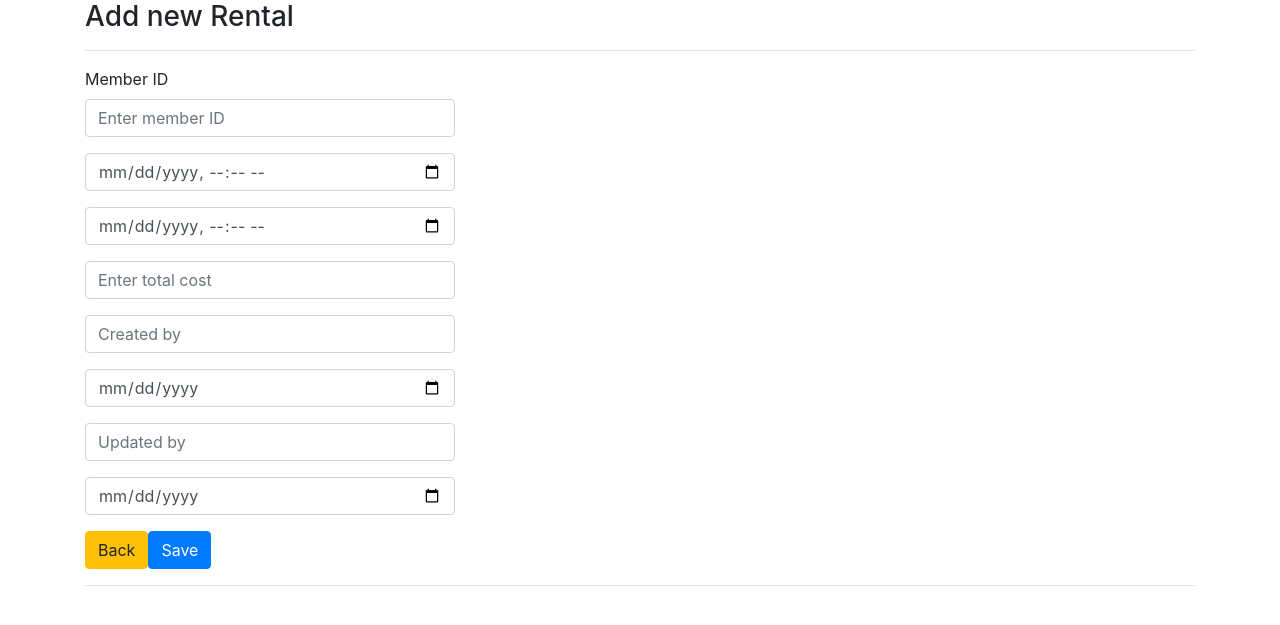
Repository: messimacky/Movie-Rental-System-Front-End
Page: /add-rental
An editor plug-in stored every save of this project. The page is shown before and after the next save, followed by the edit.
The browser window is 1280 px wide. The pictures show the whole page.
The project was rebuilt for these pictures with package versions that can differ from the ones it lists, and the page was loaded fresh each time. Also part of the build but not shown: src/services/movie.service.js, src/components/AddMovie.js, src/components/MoviesList.js, src/components/NotFound.js, src/components/login/Login.js, src/services/customer.service.js, src/components/AddCustomer.js, src/components/CustomerList.js and 4 more.

Above is the page before, as saved 2022-04-21 15:13:18.

### src/App.js
import { BrowserRouter as Router, Switch, Route } from 'react-router-dom';
import AddMovie from './components/AddMovie';
import MoviesList from "./components/MoviesList";
import NotFound from "./components/NotFound";
import Login from './components/login/Login';
import AddCustomer from './components/AddCustomer'
import CustomersList from './components/CustomerList';
import RentalsList from './components/RentalsList';
import AddRental from './components/AddRental';
import Home from './components/Home';
import Signup from './components/signup/Signup';
function App() {
  return (
    <Router>
      <div>
        <Switch>

          <Route exact path="/" component={Home} />
          <Route exact path="/movies" component={MoviesList} />
          <Route path="/add-movie" component={AddMovie} />
          <Route path="/movies/edit/:id" component={AddMovie} />




          <Route exact path="/customers" component={CustomersList} />
          <Route path="/add-customer" component={AddCustomer} />
          <Route path="/customers/edit/:id" component={AddCustomer} />



          <Route path="/login" component={Login} />
          <Route path="/signup" component={Signup} />


          <Route exact path="/rentals" component={RentalsList} />
          <Route exact path="/add-rental" component={AddRental} />
          <Route path="/rentals/edit/:id" component={AddRental} />


          <Route path="*" component={NotFound} />
        </Switch>
      </div>
    </Router>
  )
}

export default App;

### src/components/AddRental.js
import { useEffect, useState } from "react";
import { useParams } from "react-router-dom";
import { Link } from "react-router-dom";
import { useHistory } from "react-router-dom";
import rentalService from "../services/rental.service";


const AddRental = () => {

    // const [id, setId] = useState('');
    const [member_id, setMemberID] = useState('');
    const [rental_date, setRentalDate] = useState('');
    const [rental_expiry, setRentalExpiry] = useState('');
    const [total_cost, setTotalCost] = useState('');
    const [created_by, setCreatedBy] = useState('');
    const [created_date, setCreatedDate] = useState('');
    const [updated_by, setUpdatedBy] = useState('');
    const [updated_date, setUpdatedDate] = useState('');


    // const [movie_returned_status, setMovieReturnedStatus] = useState('');

    const history = useHistory();
    const { id } = useParams();



    const SaveRental = (e) => {
        e.preventDefault();
        const rental = { id, member_id, rental_date, rental_expiry, total_cost, created_date, created_by, updated_by, updated_date };
        if (id) {
            //update records
            rentalService.update(rental)
                .then(response => {
                    console.log("Movie added succesfully", response.data);
                    history.push('/rentals');
                })
                .catch(error => {
                    console.log("Something went wrong", error);
                });

        } else {
            //create record
            rentalService.create(rental)
                .then(response => {
                    console.log("Rental added succesfully", response.data);
                    history.push('/rentals');
                })
                .catch(error => {
                    console.log("Something get wrong", error);
                });
        }

    }
    useEffect(() => {
        if (id) {
            rentalService.get(id)
                .then(rental => {
                    setMemberID(rental.data.member_id);
                    setRentalDate(rental.data.rental_date);
                    setRentalExpiry(rental.data.rental_expiry);
                    setTotalCost(rental.date.total_cost);
                    setCreatedBy(rental.data.created_by);
                    setUpdatedDate(rental.data.created_date);
                    setUpdatedBy(rental.data.updated_by);
                    setUpdatedDate(rental.data.updated_date);



                })
                .catch(error => {
                    console.log("Something went wrong", error);
                });
        }
    }, [])


    return (
        <div className="container">
            <h3>Add new Rental</h3>
            <hr />
            <form>
                <div className="form-group">
                    <label>Member ID</label> <input type="number"
                        className="form-control col-4"
                        id="memberid"
                        value={member_id}
                        onChange={(e) => setMemberID(e.target.value)}
                        placeholder="Enter member ID"
                    />
                </div>
                <div className="form-group">
                    <input
                        type="datetime-local"
                        className="form-control col-4"
                        id="rental_date"
                        value={rental_date}
                        onChange={(e) => setRentalDate(e.target.value)}
                        placeholder="Rental Date"
                    />
                </div>

                <div className="form-group">
                    <input
                        type="datetime-local"
                        className="form-control col-4"
                        id="rental_expiry"
                        value={rental_expiry}
                        onChange={(e) => setRentalExpiry(e.target.value)}
                        placeholder="Enter expiry date"
                    />
                </div>


                <div className="form-group">
                    <input
                        type="number"
                        className="form-control col-4"
                        id="total_cost"
                        value={total_cost}
                        onChange={(e) => setTotalCost(e.target.value)}
                        placeholder="Enter total cost"
                    />
                </div>

                <div className="form-group">
                    <input
                        type="text"
                        className="form-control col-4"
                        id="createdby"
                        value={created_by}
                        onChange={(e) => setCreatedBy(e.target.value)}
                        placeholder="Created by"
                    />
                </div>


                <div className="form-group">
                    <input
                        type="date"
                        className="form-control col-4"
                        id="createddate"
                        value={created_date}
                        onChange={(e) => setCreatedDate(e.target.value)}
                        placeholder="Created Date"
                    />
                </div>




                <div className="form-group">
                    <input
                        type="text"
                        className="form-control col-4"
                        id="updatedby"
                        value={updated_by}
                        onChange={(e) => setUpdatedBy(e.target.value)}
                        placeholder="Updated by"
                    />
                </div>


                <div className="form-group">
                    <input
                        type="date"
                        className="form-control col-4"
                        id="updated_date"
                        value={updated_date}
                        onChange={(e) => setUpdatedDate(e.target.value)}
                        placeholder="Updated Date"
                    />
                </div>





                <div>
                    <Link className="btn btn-warning" to="/rentals">Back</Link>
                    <button className="btn btn-primary" onClick={(e) => SaveRental(e)}>Save</button>
                </div>
            </form>
            <hr />

        </div>
    );
}

export default AddRental;

### src/components/login/Login.css
body {
    margin: 0;
    padding: 0;
    /* font-family: sans-serif; */
    background-size: cover;
    background-repeat: no-repeat;
}



.form {
    position: absolute;
    top: 50%;
    left: 50%;
    border: none;
    transform: translate(-50%, -50%);
    width: 400px;
    min-height: 450px;
    background-color: #fff;
    box-shadow: 0 15px 50px rgba(0, 0, 0, 0.5);
    padding: 50px;
    box-sizing: border-box;

    /* background: url(data:[embedded picture, 5679 characters]); */
    /* background: url(https://picsum.photos/3000/2000/?image=1015); */



}

.form h2 {
    margin-left: 60px;
    margin-top: 40px;
    color: white;
    /* margin: 30 0 40px; */
    padding: 0;
    color: black;
}

.form .input-box {
    position: relative;
    margin: 5px 0;
}

.form .input-box input {
    width: 100%;
    font-size: px;
    border: none;
    border-bottom: 2px solid #777;
    outline: none;
    padding: 10px;
    padding-left: 30px;
    box-sizing: border-box;
    font-weight: bold;
    color: #777;
}

.form .input-box input:focus,
.form .input-box input:valid {
    border-bottom-color: #03a9f4;
}

.form .input-box .fa {
    position: absolute;
    top: 8px;
    left: 5px;
    font-size: 18px;
    color: #777;
}

.form .input-box input[type="submit"] {
    border: none;
    cursor: pointer;
    background-color: #03a9f4;
    color: #fff;
    font-weight: bold;
    transition: 0.5s;
}

.form .input-box input[type="submit"]:hover {
    background-color: #ff4987;

}

.form a {
    text-decoration: none;
    color: black;

    margin-top: 4px;
    margin-left: 170px;
    /* font-weight: bold; */
    display: inline-block;
    transition: 0.5s;
}


.submit {
    margin-top: 30px;
    margin-left: 30px;


}

.form a {
    margin-top: 20px;
    margin-left: 50px;
    color: black;
    color: blue;
}

.form button {
    margin-top: 10px;
    margin-left: 50px;
    color: black;
    outline: invert;

}

.form button :hover {

    color: blue;
}

### src/components/AddCustomer.css
body {
    margin: 0;
    padding: 0;
    /* font-family: sans-serif; */
    background-size: cover;
    background-repeat: no-repeat;
}



.form {
    position: absolute;
    top: 50%;
    left: 50%;
    border: none;
    transform: translate(-50%, -50%);
    width: 400px;
    min-height: 450px;
    background-color: #fff;
    box-shadow: 0 15px 50px rgba(0, 0, 0, 0.5);
    padding: 50px;
    box-sizing: border-box;

    /* background: url(data:[embedded picture, 5679 characters]); */
    /* background: url(https://picsum.photos/3000/2000/?image=1015); */



}

.form h2 {
    margin-left: 60px;
    margin-top: 40px;
    color: white;
    /* margin: 30 0 40px; */
    padding: 0;
    color: black;
}

.form .input-box {
    position: relative;
    margin: 5px 0;
}

.form .input-box input {
    width: 100%;
    font-size: px;
    border: none;
    border-bottom: 2px solid #777;
    outline: none;
    padding: 10px;
    padding-left: 30px;
    box-sizing: border-box;
    font-weight: bold;
    color: #777;
}

.form .input-box input:focus,
.form .input-box input:valid {
    border-bottom-color: #03a9f4;
}

.form .input-box .fa {
    position: absolute;
    top: 8px;
    left: 5px;
    font-size: 18px;
    color: #777;
}

.form .input-box input[type="submit"] {
    border: none;
    cursor: pointer;
    background-color: #03a9f4;
    color: #fff;
    font-weight: bold;
    transition: 0.5s;
}

.form .input-box input[type="submit"]:hover {
    background-color: #ff4987;

}

.form a {
    text-decoration: none;
    color: black;

    margin-top: 4px;
    margin-left: 170px;
    /* font-weight: bold; */
    display: inline-block;
    transition: 0.5s;
}


.submit {
    margin-top: 30px;
    margin-left: 30px;


}

.form a {
    margin-top: 20px;
    margin-left: 50px;
    color: black;
    color: blue;
}

.form button {
    margin-top: 10px;
    margin-left: 50px;
    color: black;
    outline: invert;

}

.form button :hover {

    color: blue;
}

### src/services/rental.service.js
import httpClient from '../http-common';

const getAll = () => {
    return httpClient.get('/rentals');
}

const create = (data) => {
    return httpClient.post("/rentals", data);
}

const get = id => {
    return httpClient.get(`/rentals/${id}`);
}

const update = (data) => {
    return httpClient.put('/rentals', data);
}

const remove = id => {
    return httpClient.delete(`/rentals/${id}`);
}

export default { getAll, create, get, update, remove };

### src/components/signup/Signup.css
body {
    margin: 0;
    padding: 0;
    /* font-family: sans-serif; */
    background-size: cover;
    background-repeat: no-repeat;
}



.form {
    position: absolute;
    top: 50%;
    left: 50%;
    border: none;
    transform: translate(-50%, -50%);
    width: 400px;
    min-height: 450px;
    background-color: #fff;
    box-shadow: 0 15px 50px rgba(0, 0, 0, 0.5);
    padding: 50px;
    box-sizing: border-box;

    /* background: url(data:[embedded picture, 5679 characters]); */
    /* background: url(https://picsum.photos/3000/2000/?image=1015); */



}

.form h2 {
    margin-left: 60px;
    margin-top: 40px;
    color: white;
    /* margin: 30 0 40px; */
    padding: 0;
    color: black;
}

.form .input-box {
    position: relative;
    margin: 5px 0;
}

.form .input-box input {
    width: 100%;
    font-size: px;
    border: none;
    border-bottom: 2px solid #777;
    outline: none;
    padding: 10px;
    padding-left: 30px;
    box-sizing: border-box;
    font-weight: bold;
    color: #777;
}

.form .input-box input:focus,
.form .input-box input:valid {
    border-bottom-color: #03a9f4;
}

.form .input-box .fa {
    position: absolute;
    top: 8px;
    left: 5px;
    font-size: 18px;
    color: #777;
}

.form .input-box input[type="submit"] {
    border: none;
    cursor: pointer;
    background-color: #03a9f4;
    color: #fff;
    font-weight: bold;
    transition: 0.5s;
}

.form .input-box input[type="submit"]:hover {
    background-color: #ff4987;

}

.form a {
    text-decoration: none;
    color: black;

    margin-top: 4px;
    margin-left: 170px;
    /* font-weight: bold; */
    display: inline-block;
    transition: 0.5s;
}


.submit {
    margin-top: 30px;
    margin-left: 30px;


}

.form a {
    margin-top: 20px;
    margin-left: 50px;
    color: black;
    color: blue;
}

.form button {
    margin-top: 10px;
    margin-left: 50px;
    color: black;
    outline: invert;

}

.form button :hover {

    color: blue;
}

### src/http-common.js
import axios from "axios";


export default axios.create({
    baseURL: 'http://localhost:8080',
    headers: {
        'Content_Type': 'application/json'
    }

});

Loaded but not shown: public/index.html (common file); src/index.js (common file); src/index.css (common file); src/reportWebVitals.js (common file)

After the next save:
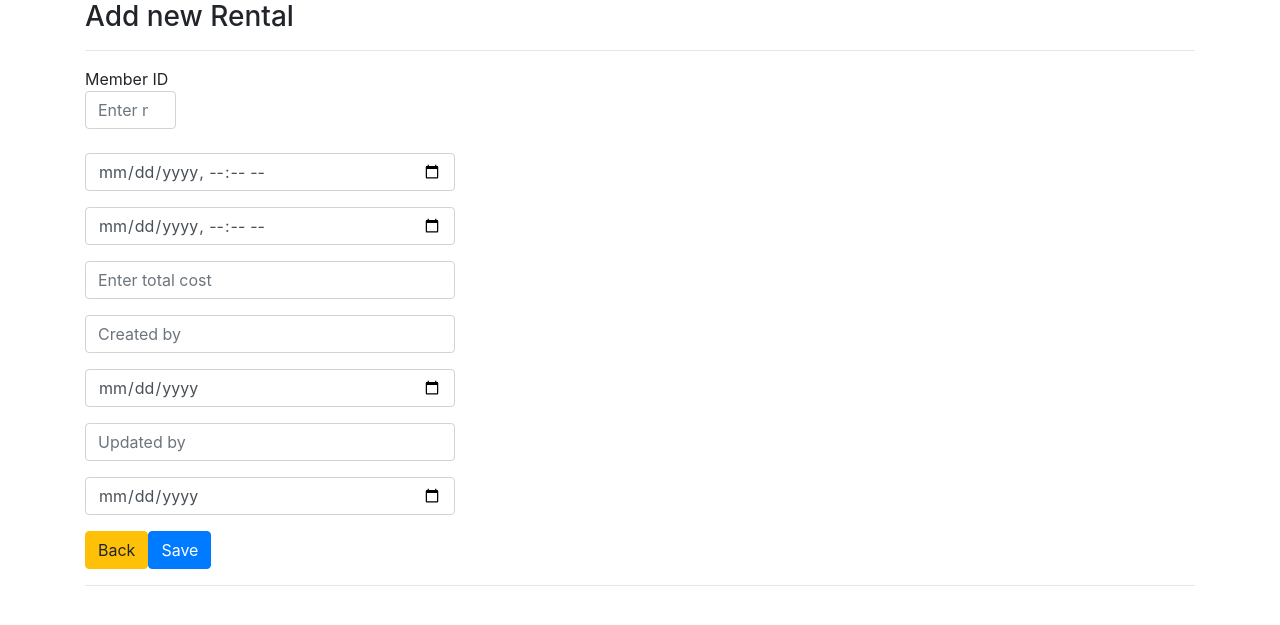
Saved 22 s later.
--- a/src/components/AddRental.js
+++ b/src/components/AddRental.js
@@ -81,13 +81,15 @@
             <hr />
             <form>
                 <div className="form-group">
-                    <label>Member ID</label> <input type="number"
-                        className="form-control col-4"
-                        id="memberid"
-                        value={member_id}
-                        onChange={(e) => setMemberID(e.target.value)}
-                        placeholder="Enter member ID"
-                    />
+                    <label>Member ID
+                        <input type="number"
+                            className="form-control col-4"
+                            id="memberid"
+                            value={member_id}
+                            onChange={(e) => setMemberID(e.target.value)}
+                            placeholder="Enter member ID"
+                        />
+                    </label>
                 </div>
                 <div className="form-group">
                     <input

After the save that followed:
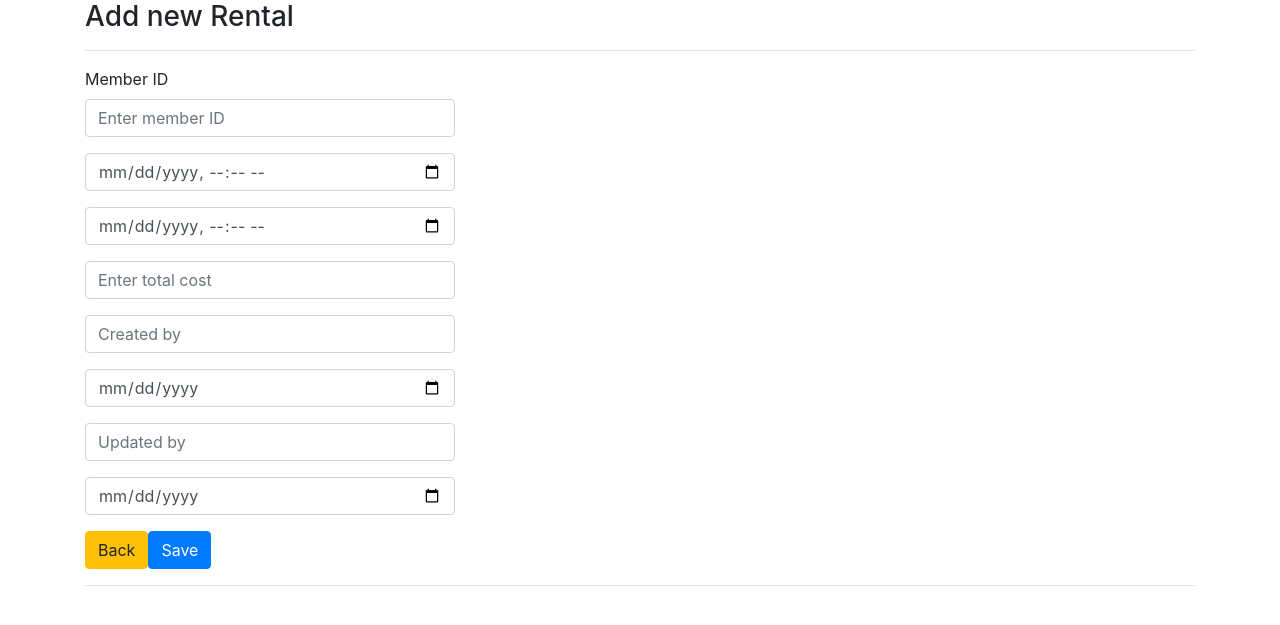
Saved 25 s later.
--- a/src/components/AddRental.js
+++ b/src/components/AddRental.js
@@ -81,15 +81,13 @@
             <hr />
             <form>
                 <div className="form-group">
-                    <label>Member ID
-                        <input type="number"
-                            className="form-control col-4"
-                            id="memberid"
-                            value={member_id}
-                            onChange={(e) => setMemberID(e.target.value)}
-                            placeholder="Enter member ID"
-                        />
-                    </label>
+                    <label>Member ID</label> <input type="number"
+                        className="form-control col-4"
+                        id="memberid"
+                        value={member_id}
+                        onChange={(e) => setMemberID(e.target.value)}
+                        placeholder="Enter member ID"
+                    />
                 </div>
                 <div className="form-group">
                     <input
